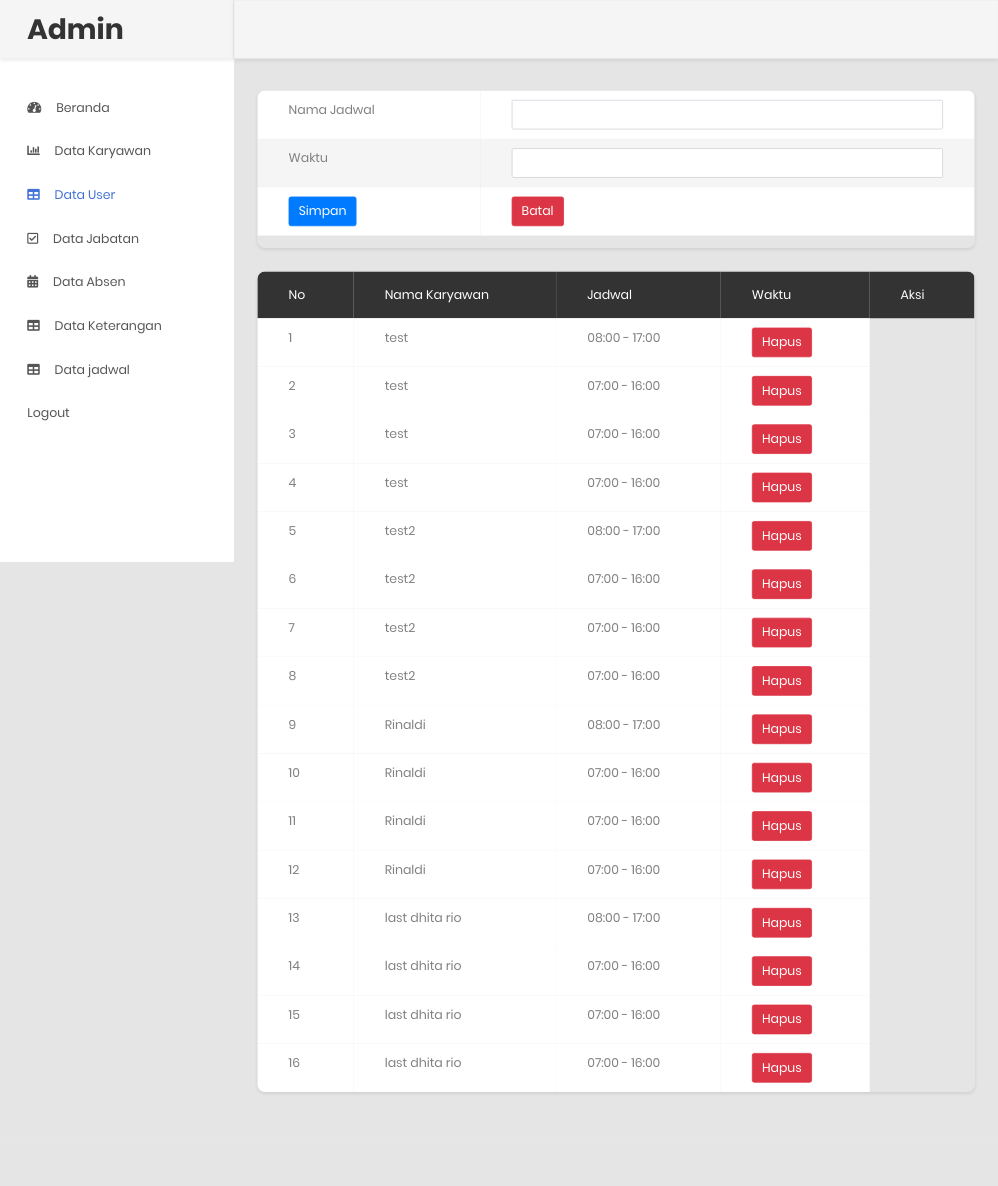
Repository: naldi23bob/Absen2
Page: http://localhost/datajadwal.php
An editor plug-in stored every save of this project. The page is shown before and after the next save, followed by the edit.
The browser window is 1280 px wide. The pictures show the whole page, at 78% of full size.
The page is run by PHP 8.4 with error messages shown; the project is at /var/www/html/. The session is filled in as if someone had signed in: {"idsi": 2, "namasi": "admin", "ttlsi": 1, "jenkelsi": 1, "agamasi": 1, "alamatsi": 1, "teleponsi": 1, "jabatansi": 1, "schedulesi": 1, "fotosi": 1, "username": "admin"}. The database holds what the project's SQL file puts in it.

Above is the page before, as saved 2023-07-23 15:19:13.

After the next save:
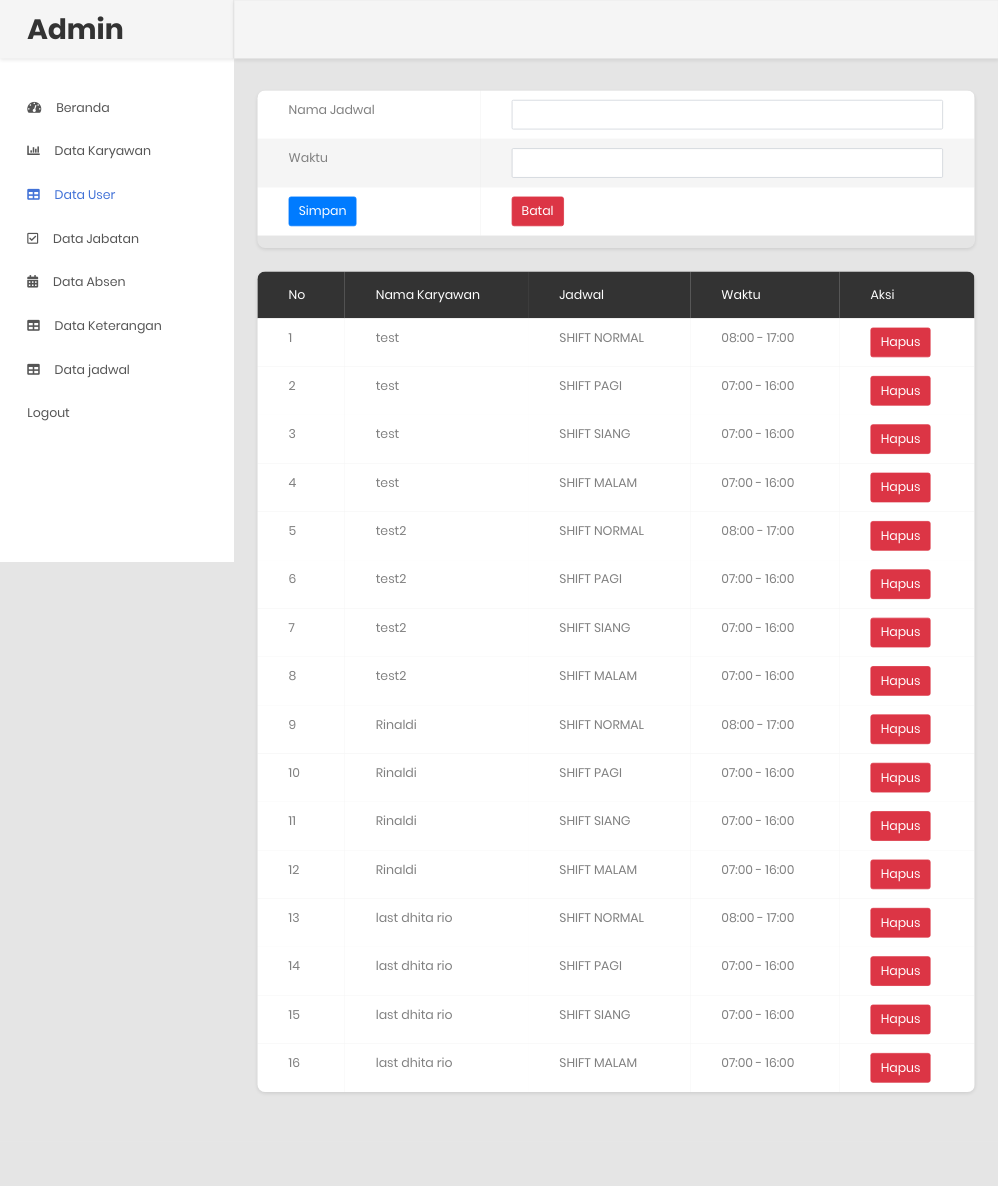
Saved 30 s later.
--- a/datajadwal.php
+++ b/datajadwal.php
@@ -258,9 +258,9 @@ error_reporting(0);
                                             <tr>
                                                 <td><?php echo $no ?></td>
                                                 <td><?php echo $row['nama']; ?></td>
+                                                <td><?php echo $row['code']; ?></td>
                                                 <td><?php echo $row['in_out']; ?></td>
-                                                <!-- <td><?php echo $row['in_out']; ?></td>
-                                                 -->
+
 
 
                                                 </td>
